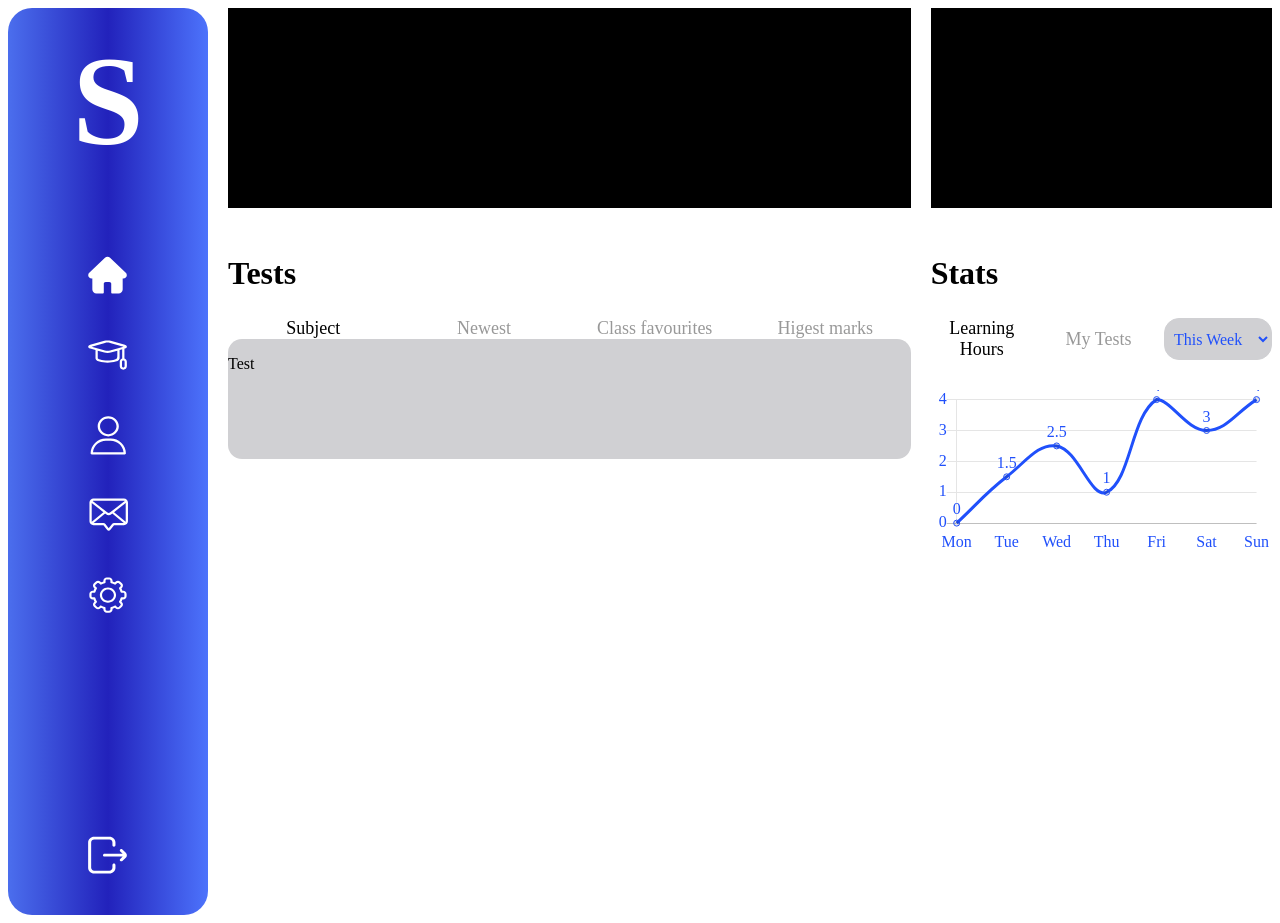
Repository: rafalzacher1/smartify-interface
Page: home.html
The author's editor kept a copy of each file at every save. The page is drawn from the files as they stood at one save, then again after a run of saves.
The browser window is 1280 px wide. The pictures show the whole page.
Some web fonts or font styles are not loaded; a fallback is used. Some web libraries are served in a nearby version.

Above is the page before, as saved 2022-06-30 04:51:56.

After the next 2 saves:
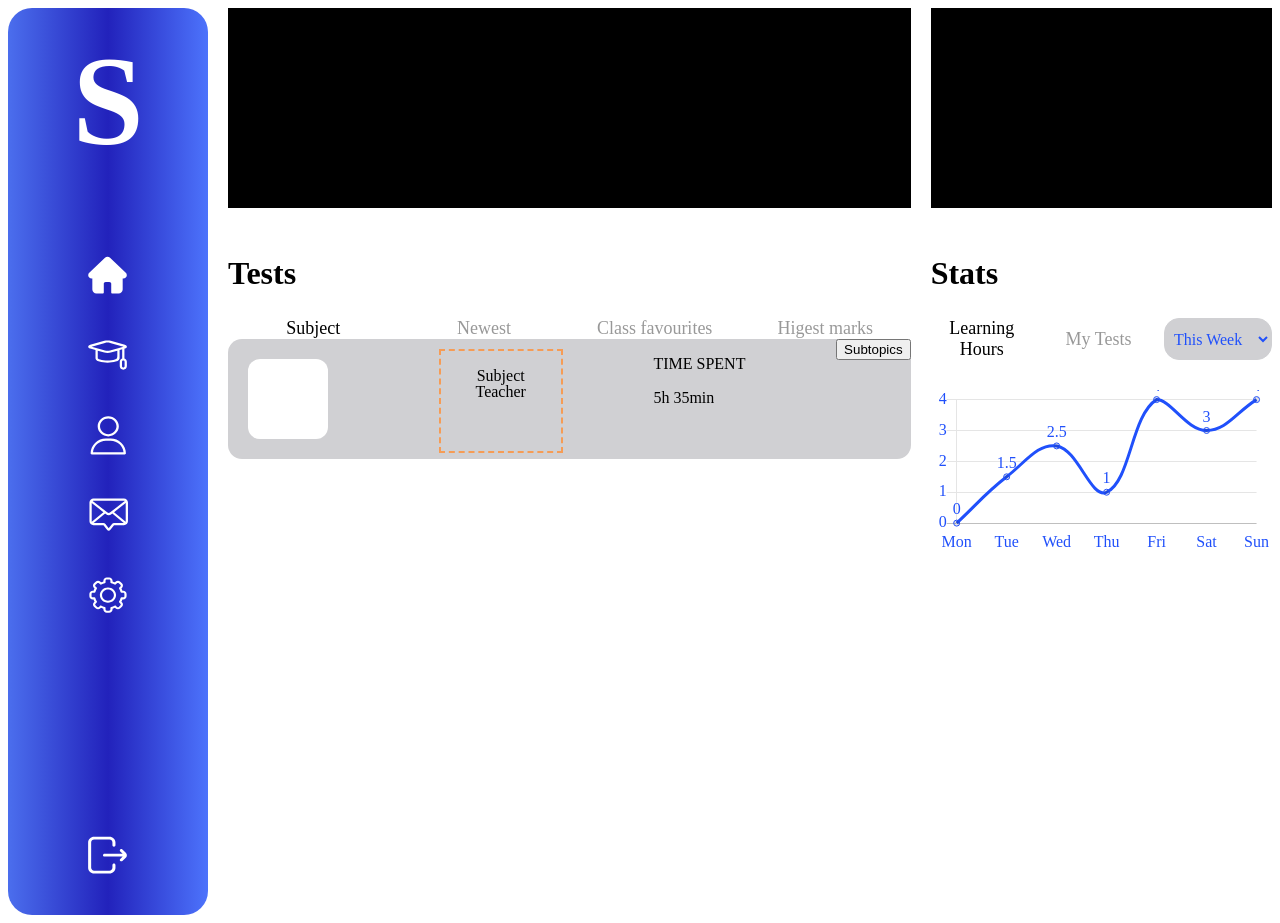
The 2 saves are shown as one change because they came seconds apart.
The last was saved 9 s later.
--- a/home.html
+++ b/home.html
@@ -90,8 +90,7 @@
                 </div>
 
                 <div class="class">
-                    <p>Test</p>
-                    <!-- <div class="class-image">
+                    <div class="class-image">
 
                     </div>
 
@@ -107,7 +106,7 @@
 
                     <div class="class-subtopics">
                         <button>Subtopics</button>
-                    </div> -->
+                    </div>
                 </div>
             </div>
         </div>
